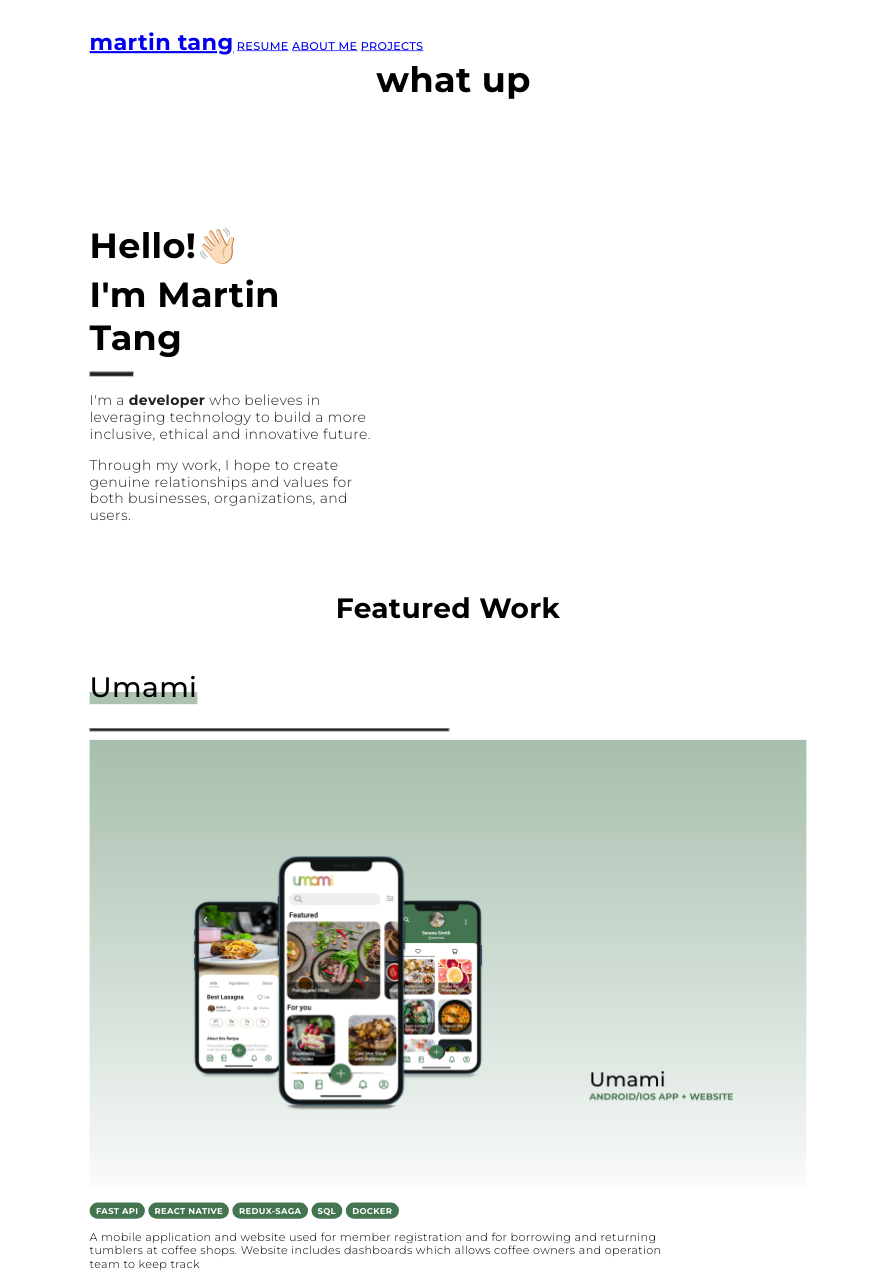
Repository: TangMartin/martintang
Page: index.html
These files come from the project's save history. The page is drawn as it stood at one moment and after the next save; the edit follows.
The browser window is 1280 px wide. The pictures show the part of the page from y = 0 to 1920 px (the page is 1831 px tall before and 2917 px after), at 70% of full size.

Above is the page before, as saved 2021-11-24 19:43:35.

After the next save:
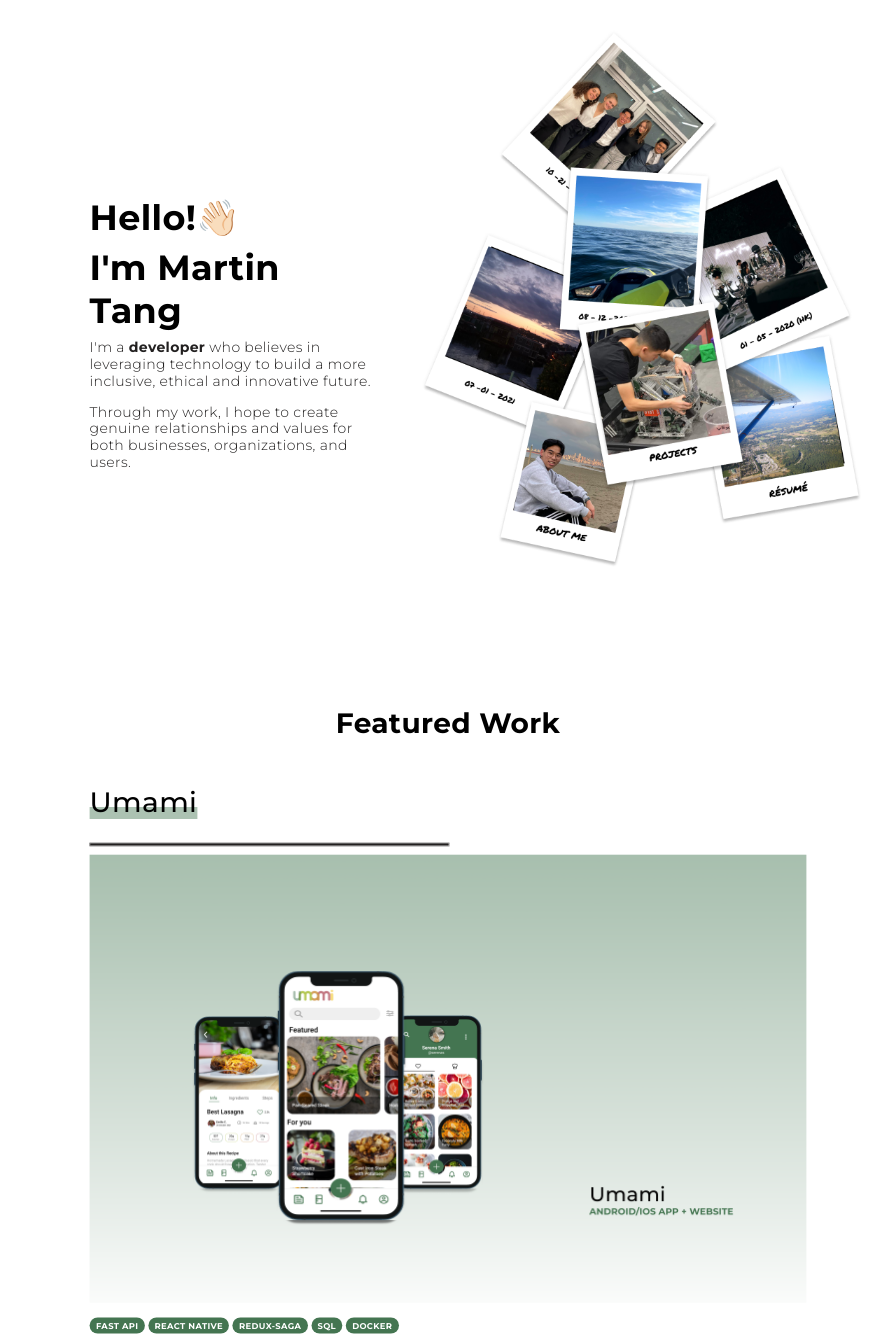
Saved 104 min 15 s later.
--- a/index.html
+++ b/index.html
@@ -11,28 +11,35 @@
 
     <body>
         <!-- Nav Bar-->
-        <div class="topnav">
-            <a class="name" href="./index.html" style="font-weight: bold; font-size: 32px;">martin tang</a>
-            <a class="tabs" href="./Martin_Tang_Resume.pdf" download>RESUME</a>
-            <a class="tabs" href="./pages/aboutme.html">ABOUT ME</a>
-            <a class="tabs" href="./pages/projects.html">PROJECTS</a>
-        </div>
         <!-- Main Page-->
         <div class="flex-main">
             <!-- Left Box-->
             <div class="flex-left">
-                <h1>Hello! <span class="wave">👋🏻</span> </h1>
+                <h1>Hello!  <span class="wave">👋🏻</span> </h1>
                 <h1>I'm Martin Tang</h1>
-                <hr style="height:5px; width:15%; margin-left:0; background-color:#222020; display: inline-block">
                 <h3>I'm a <strong>developer</strong> who believes in leveraging technology to build a more inclusive, ethical and innovative future. </h3>
                 <h3>Through my work, I hope to create genuine relationships and values for both businesses, organizations, and users.</h3>
             </div>
             <!-- Right Box-->
             <div class="flex-right">
-                <h1> what up</h1>
+                <div class="image-stack">
+                    <a style="grid-column: 8; grid-row: 10; cursor: pointer; --turn-radius: 12deg; cursor: pointer;" href="./Martin_Tang_Resume.pdf" download>
+                        <img src="./assets/polaroids/Resume.png"/>
+                    </a>
+                    <img style="grid-column: 3; grid-row: 1; --turn-radius: -12deg;" src="./assets/polaroids/Apsc100.png" />
+                    <img style="grid-column: 1; grid-row: 7; --turn-radius: -12deg;" src="./assets/polaroids/Sunset.png" />
+                    <img style="grid-column: 7; grid-row: 5; --turn-radius: 15deg;" src="./assets/polaroids/Hongkongpng.png" />
+                    <a style="grid-column: 3; grid-row: 12; --turn-radius: -12deg; cursor: pointer;" href="./pages/aboutme.html">
+                        <img src="./assets/polaroids/Aboutme.png" />
+                    </a>
+                    <img style="grid-column: 4; grid-row: 5; --turn-radius: -4deg;"src="./assets/polaroids/Jetski.png" />
+                    <a style="grid-column: 5; grid-row: 9; --turn-radius: 10deg; cursor: pointer;" href="#featuredwork">
+                        <img src="./assets/polaroids/Projects.png"/>
+                    </a>
+                </div>
             </div>
         </div>
-        <div class="featured_work">
+        <div class="featured_work" id="featuredwork">
             <!-- Featured Work -->
             <h1 style="text-align: center; padding-top: 5rem;"> Featured Work </h1>
             <ul class="work_list">
@@ -53,6 +60,24 @@
                         A mobile application and website used for member registration and for borrowing and returning tumblers at coffee shops.  Website includes dashboards which allows coffee owners and operation team to keep track
                     </p>
                 </li>
+
+                <!-- Personal Website -->
+                <li class="work_item">
+                    <h1><span class="highlight" style="--highlighter-color: #ACC2B2">Personal Website</span></h1>
+                    <hr style="height:2.5px; width:50%; margin-left:0; background-color:#222020; display: inline-block">
+                    <img class="work_image" src="./assets/images/Umami.png" />
+                    <div class="technologies">
+                        <p>FAST API</p>
+                        <p>REACT NATIVE</p>
+                        <p>REDUX-SAGA</p>
+                        <p>SQL</p>
+                        <p>DOCKER</p>
+                    </div>
+                    <p class="work_description">
+                        A mobile application and website used for member registration and for borrowing and returning tumblers at coffee shops.  Website includes dashboards which allows coffee owners and operation team to keep track
+                    </p>
+                </li>
+
             </ul>
         </div>
     </body>
